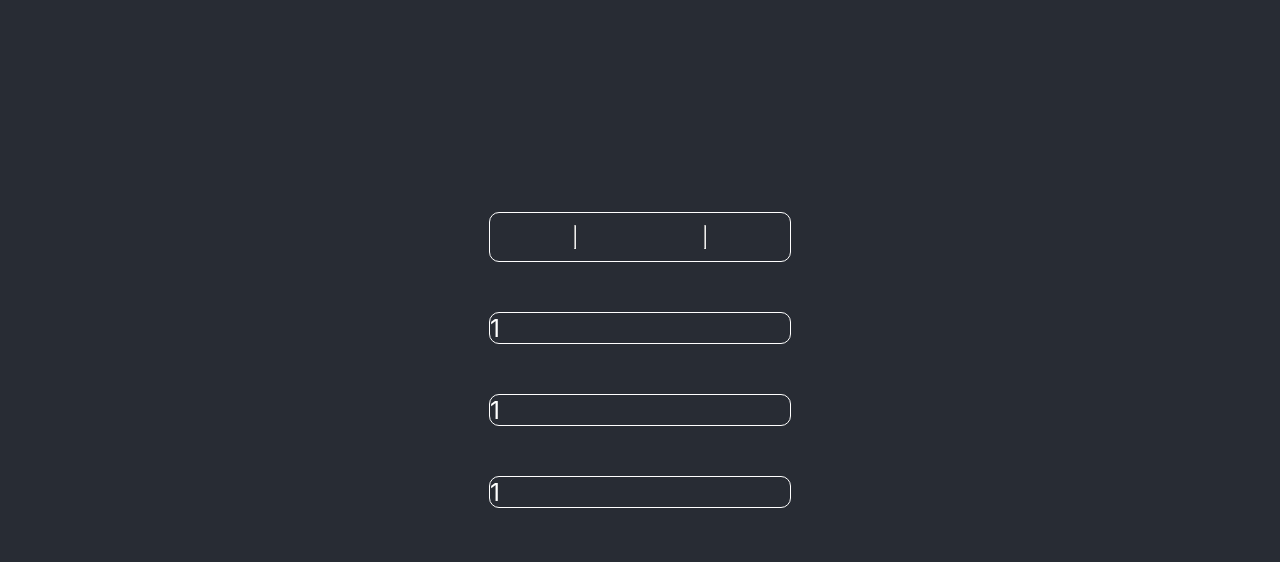
Repository: bandikost/capers
Page: /main
These files come from the project's save history. The page is drawn as it stood at one moment and after the next save; the edit follows.
The browser window is 1280 px wide. The pictures show the whole page.
The page's requests for data from a server got no answer. The project was rebuilt for these pictures with package versions that can differ from the ones it lists, and the page was loaded fresh each time. No one was signed in, and anything a server would have sent is missing.

Above is the page before, as saved 2023-04-10 11:41:25.

### src/App.js
import logo from './logo.svg';
import './App.css';
import { BrowserRouter, Routes, Route } from "react-router-dom";
import Main from './components/Main';


function App() {
  return (
    <div className="App">
      <header className="App-header">
      <BrowserRouter >
        <Routes>
            <Route path='/main' element={<Main />}/>
        </Routes>
      </BrowserRouter>
      </header>
    </div>
  );
}

export default App;

### src/App.css
.App {
  text-align: center;
}

.App-logo {
  height: 40vmin;
  pointer-events: none;
}


.App-header {
  background-color: #282c34;
  min-height: 100vh;
  display: flex;
  flex-direction: column;
  align-items: center;
  justify-content: center;
  font-size: calc(10px + 2vmin);
  color: white;
}

.App-link {
  color: #61dafb;
}


.table {
  height: auto;
  margin: 0 auto 0;
}

.cell {
  border: 1px solid white;
  border-radius: 10px;
  width: 300px;
  margin: 50px 0px;
  display: flex;
  justify-content: space-between;
}

.cell p {
  padding: 0 20px;
}

### src/components/Main.jsx
import React, { useState, useEffect } from 'react';
import firebase from '../firebase';

const Main = () => {
  const [name, setName] = useState({});
  const [balance, setBalance] = useState({});
  const [lastBalance, setLastBalance] = useState(null);

  useEffect(() => {
    const nameRef = firebase.database().ref('name');
    nameRef.on('value', (snapshot) => {
      const data = snapshot.val();
      setName(data);
    });

    const balanceRef = firebase.database().ref('balance');
    balanceRef.on('value', (snapshot) => {
      const data = snapshot.val();
      setLastBalance(data.lastBalance);
      setBalance(data);
    });
  }, []);

  const lastChange = lastBalance !== null ? balance.user1 - lastBalance : '';

  useEffect(() => {
    if (lastBalance !== null && balance.user1 !== lastBalance) {
      firebase.database().ref('balance').update({
        user1: balance.user1,
        lastBalance: lastBalance,
      });
      setLastBalance(balance.user1);
    }
  }, [balance]);

  useEffect(() => {
    if (lastBalance !== null && balance.user1 !== lastBalance) {
      firebase.database().ref('balance').update({
        user1: balance.user1,
        lastBalance: lastBalance || balance.user1,
      });
      setLastBalance(balance.user1);
    }
  }, [balance, lastBalance]);


  return (
    <div className='table'>
      <div className='cell'>
        <p>{name.user1}</p>
        <hr />
        <p>{balance.user1}</p>
        <hr />
        <p>{lastChange}</p>
      </div>
      <div className='cell'>1</div>
      <div className='cell'>1</div>
      <div className='cell'>1</div>
    </div>
  );
};

export default Main;

### src/firebase.js

import "firebase/database";
import firebase from "firebase/compat/app";
import "firebase/compat/database";
import { getAuth } from "firebase/auth";
import { getFirestore } from "firebase/firestore";
import { getStorage, ref } from "firebase/storage";


const firebaseConfig = {
    apiKey: "AIzaSyBp1x8lQCSbuPwbK_sXJ7eGkGpN9c7ONY8",
    authDomain: "capers-a3171.firebaseapp.com",
    databaseURL: "https://capers-a3171-default-rtdb.europe-west1.firebasedatabase.app",
    projectId: "capers-a3171",
    storageBucket: "capers-a3171.appspot.com",
    messagingSenderId: "794243042023",
    appId: "1:794243042023:web:668504b8bdcbe9b7c63042",
    measurementId: "G-7YW48MQCSP"
  };

firebase.initializeApp(firebaseConfig);

export const auth = getAuth();
export const storage = getStorage()
export const db = getFirestore();
export default firebase;

Loaded but not shown: public/index.html (common file); src/index.js (common file); src/index.css (common file); src/reportWebVitals.js (common file)

After the next save:
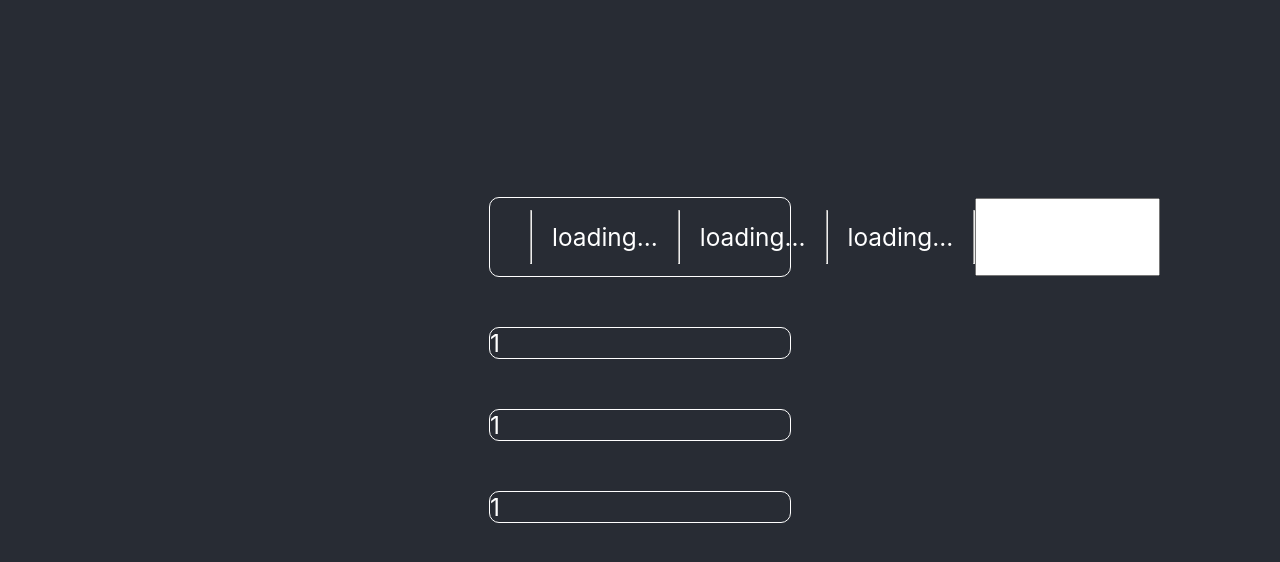
Saved 7 min 23 s later.
--- a/src/components/Main.jsx
+++ b/src/components/Main.jsx
@@ -1,7 +1,7 @@
 import React, { useState, useEffect } from 'react';
 import firebase from '../firebase';
 
-const Main = () => {
+export const Main = () => {
   const [name, setName] = useState({});
   const [balance, setBalance] = useState({});
   const [lastBalance, setLastBalance] = useState(null);
@@ -16,42 +16,37 @@ const Main = () => {
     const balanceRef = firebase.database().ref('balance');
     balanceRef.on('value', (snapshot) => {
       const data = snapshot.val();
-      setLastBalance(data.lastBalance);
       setBalance(data);
+      if (data && data.user1 !== undefined) {
+        setLastBalance(data.user1);
+      }
     });
   }, []);
 
-  const lastChange = lastBalance !== null ? balance.user1 - lastBalance : '';
-
-  useEffect(() => {
-    if (lastBalance !== null && balance.user1 !== lastBalance) {
-      firebase.database().ref('balance').update({
-        user1: balance.user1,
-        lastBalance: lastBalance,
-      });
-      setLastBalance(balance.user1);
-    }
-  }, [balance]);
-
-  useEffect(() => {
-    if (lastBalance !== null && balance.user1 !== lastBalance) {
-      firebase.database().ref('balance').update({
-        user1: balance.user1,
-        lastBalance: lastBalance || balance.user1,
-      });
-      setLastBalance(balance.user1);
-    }
-  }, [balance, lastBalance]);
-
+  const handleBalanceChange = (event) => {
+    const newBalance = parseInt(event.target.value);
+    const balanceRef = firebase.database().ref('balance/user1');
+    balanceRef.set(newBalance);
+    const change = newBalance - lastBalance;
+    const lastBalanceRef = firebase.database().ref('balance/lastBalance');
+    lastBalanceRef.set(lastBalance !== null ? lastBalance : newBalance);
+    setLastBalance(newBalance);
+  };
 
   return (
     <div className='table'>
       <div className='cell'>
         <p>{name.user1}</p>
         <hr />
-        <p>{balance.user1}</p>
+        <p>
+          {balance.user1 !== undefined ? balance.user1 : 'loading...'}
+        </p>
         <hr />
-        <p>{lastChange}</p>
+        <p>{lastBalance !== null ? lastBalance : 'loading...'}</p>
+        <hr />
+        <p>{lastBalance !== null ? lastBalance - balance.user1 : 'loading...'}</p>
+        <hr />
+        <input type='number' value={balance.user1} onChange={handleBalanceChange} />
       </div>
       <div className='cell'>1</div>
       <div className='cell'>1</div>
